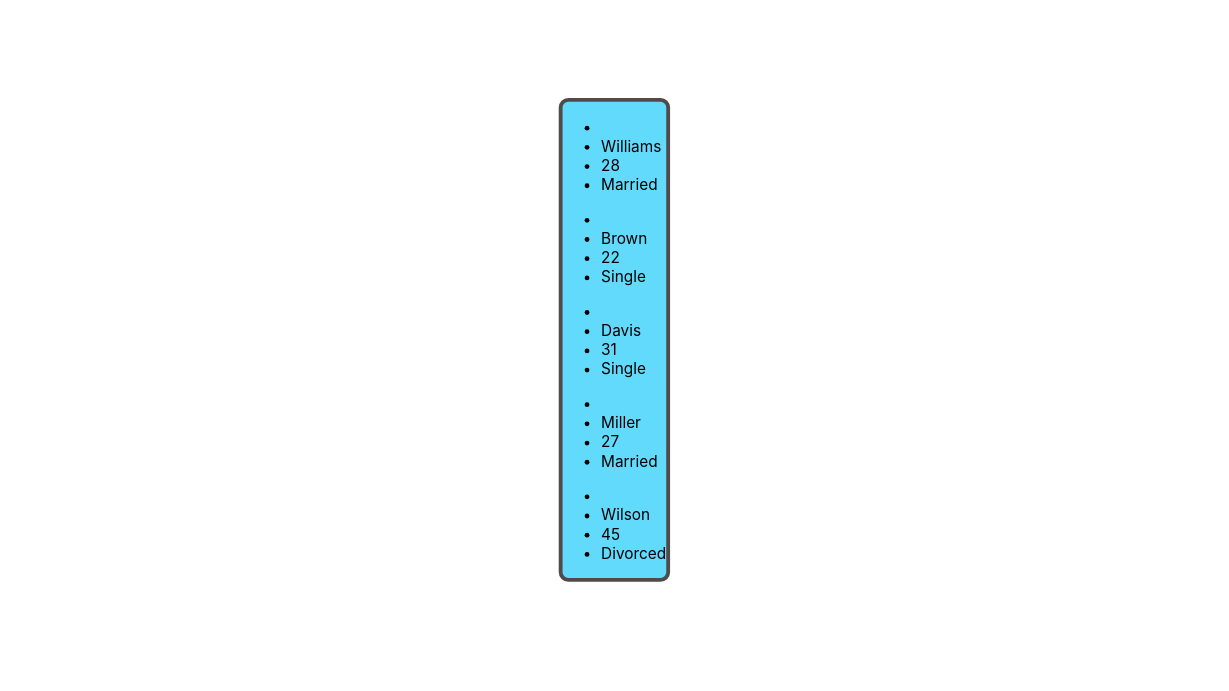
Repository: gounaine/Add_candidat
Page: /
These files come from the project's save history. The page is drawn as it stood at one moment and after a run of saves; the edit follows.
The browser window is 1280 px wide. The pictures show the whole page, at 96% of full size.
The project was rebuilt for these pictures with package versions that can differ from the ones it lists, and the page was loaded fresh each time.

Above is the page before, as saved 2024-05-26 20:35:10.

### src/index.js
import React from 'react';
import ReactDOM from 'react-dom/client';
import './index.css';
import App from './App';
import Person from './person';
import reportWebVitals from './reportWebVitals';
import data from './data';


const root = ReactDOM.createRoot(document.getElementById('root'));
root.render(
  <React.StrictMode>
    <App/>
    <Person data={data }></Person>


  </React.StrictMode>
);

// If you want to start measuring performance in your app, pass a function
// to log results (for example: reportWebVitals(console.log))
// or send to an analytics endpoint. Learn more: https://bit.ly/CRA-vitals
reportWebVitals();

### src/App.js


import './App.css';

function App(props) {
  console.log(props)
  return (
    <div className="App">
      <h2>{props.firstName}</h2>
      <h2>{props.children}</h2>
    </div>
  );
}

export default App;

### src/person.js
import React from 'react';

export default function Person({ data }) {
  return (
    <div className="Card">
      {
      data.map((element, index) => (

        <ul key={index}>
          <li>{element.firsTname}</li>
          <li>{element.lastName}</li>
          <li>{element.Age}</li>
          <li>{element.Etat}</li>
         { console.log(element)}
        </ul>
      ))}

    </div>
  );
}

### src/data.js
const data = [
    { firstName: 'Alice', lastName: 'Williams', Age: 28, Etat: 'Married' },
    { firstName: 'Bob', lastName: 'Brown', Age: 22, Etat: 'Single' },
    { firstName: 'Charlie', lastName: 'Davis', Age: 31, Etat: 'Single' },
    { firstName: 'Diana', lastName: 'Miller', Age: 27, Etat: 'Married' },
    { firstName: 'Ethan', lastName: 'Wilson', Age: 45, Etat: 'Divorced' }
  ];

  export default data ;

### src/App.css
.App {
  text-align: center;
}

.App-logo {
  height: 40vmin;
  pointer-events: none;
}

@media (prefers-reduced-motion: no-preference) {
  .App-logo {
    animation: App-logo-spin infinite 20s linear;
  }
}

.App-header {
  background-color: #282c34;
  min-height: 100vh;
  display: flex;
  flex-direction: column;
  align-items: center;
  justify-content: center;
  font-size: calc(10px + 2vmin);
  color: white;
}

.App-link {
  color: #61dafb;
}

@keyframes App-logo-spin {
  from {
    transform: rotate(0deg);
  }
  to {
    transform: rotate(360deg);
  }
}

.Card{
  background-color:#61dafb;
  border: 4px solid rgb(81, 74, 74);
  margin: 2px;
  border-radius: 10px;

}




#root{
  display: flex;
  justify-content: center;
  align-items:center;
  margin-top: 100px;



}

Loaded but not shown: public/index.html (common file); src/index.css (common file); src/reportWebVitals.js (common file)

After the next 2 saves:
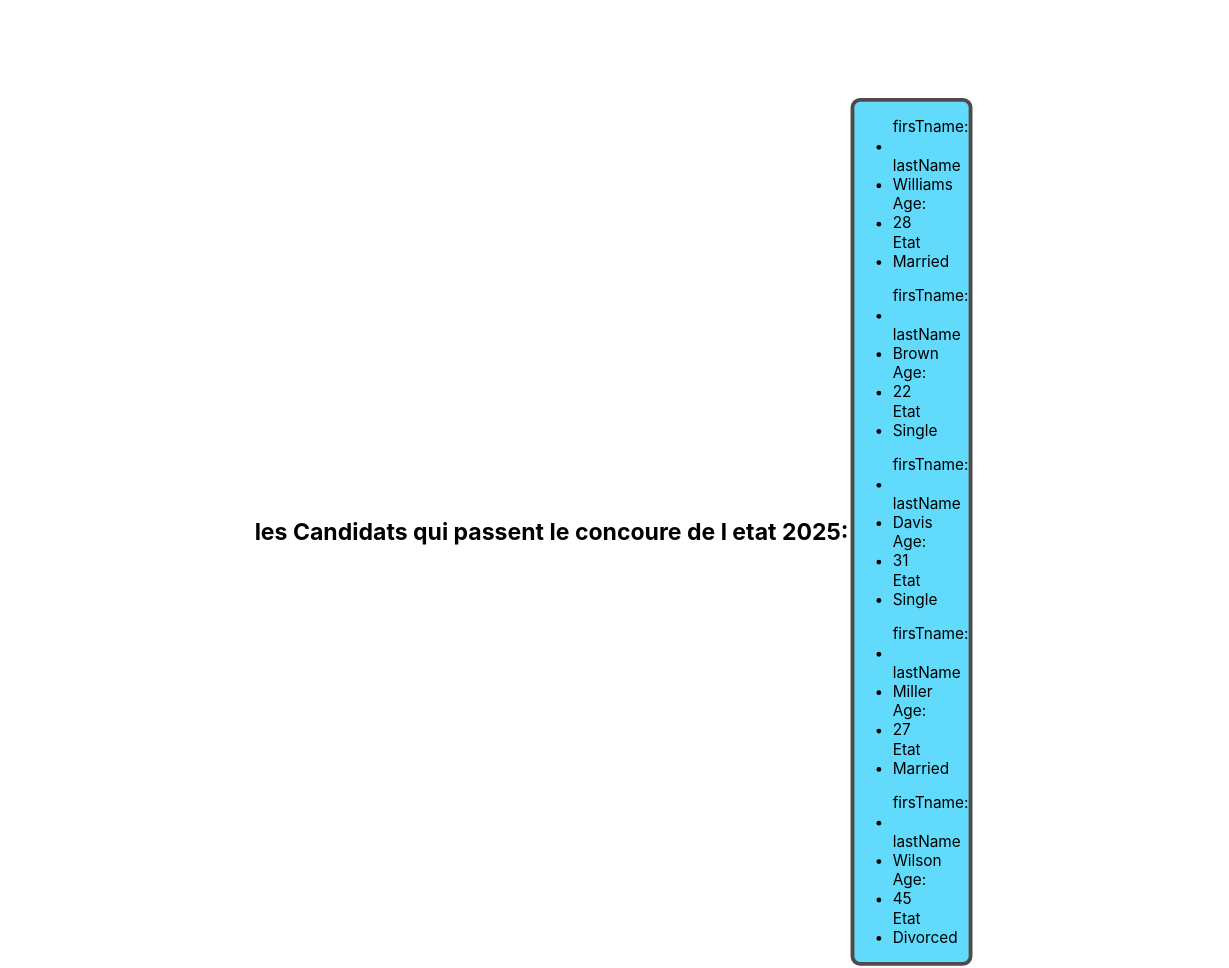
The 2 saves are shown as one change because 1 did not build or start.
The last was saved 2 min 29 s later.
--- a/src/person.js
+++ b/src/person.js
@@ -1,20 +1,21 @@
 import React from 'react';
 
 export default function Person({ data }) {
-  return (
+  return (<>
+    <h2>les Candidats qui passent le concoure de l etat 2025:</h2>
     <div className="Card">
       {
       data.map((element, index) => (
 
         <ul key={index}>
-          <li>{element.firsTname}</li>
-          <li>{element.lastName}</li>
-          <li>{element.Age}</li>
-          <li>{element.Etat}</li>
-         { console.log(element)}
+          firsTname:<li>{element.firsTname}</li>
+          lastName<li>{element.lastName}</li>
+          Age:<li>{element.Age}</li>
+          Etat<li>{element.Etat}</li>
+
         </ul>
       ))}
 
-    </div>
+    </div></>
   );
 }
